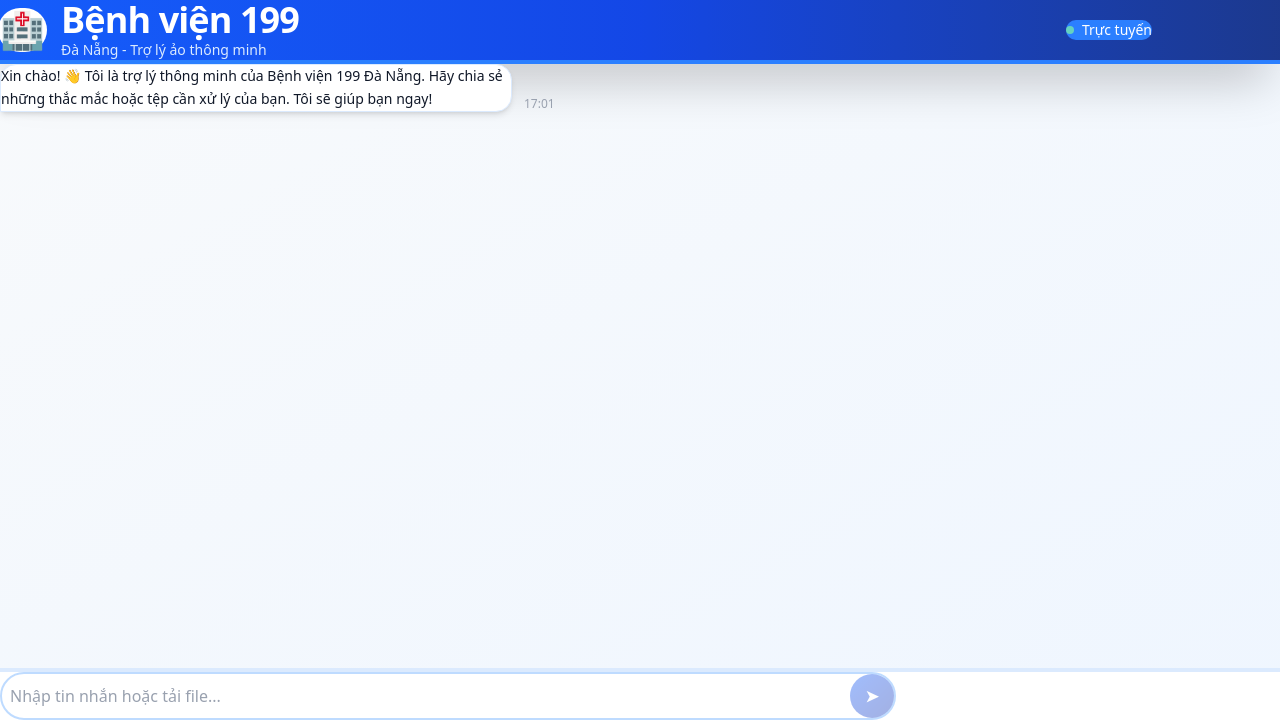
Repository: France2003/B-nh_Vi-n_199
Page: /
An editor plug-in stored every save of this project. The page is shown before and after the next save, followed by the edit.
The browser window is 1280 px wide. The pictures show the whole page.
The project was rebuilt for these pictures with package versions that can differ from the ones it lists, and the page was loaded fresh each time. Also part of the build but not shown: vite.config.ts, src/App.css, src/components/FilePreview.tsx.

Above is the page before, as saved 2026-01-10 00:11:13.

After the next save:
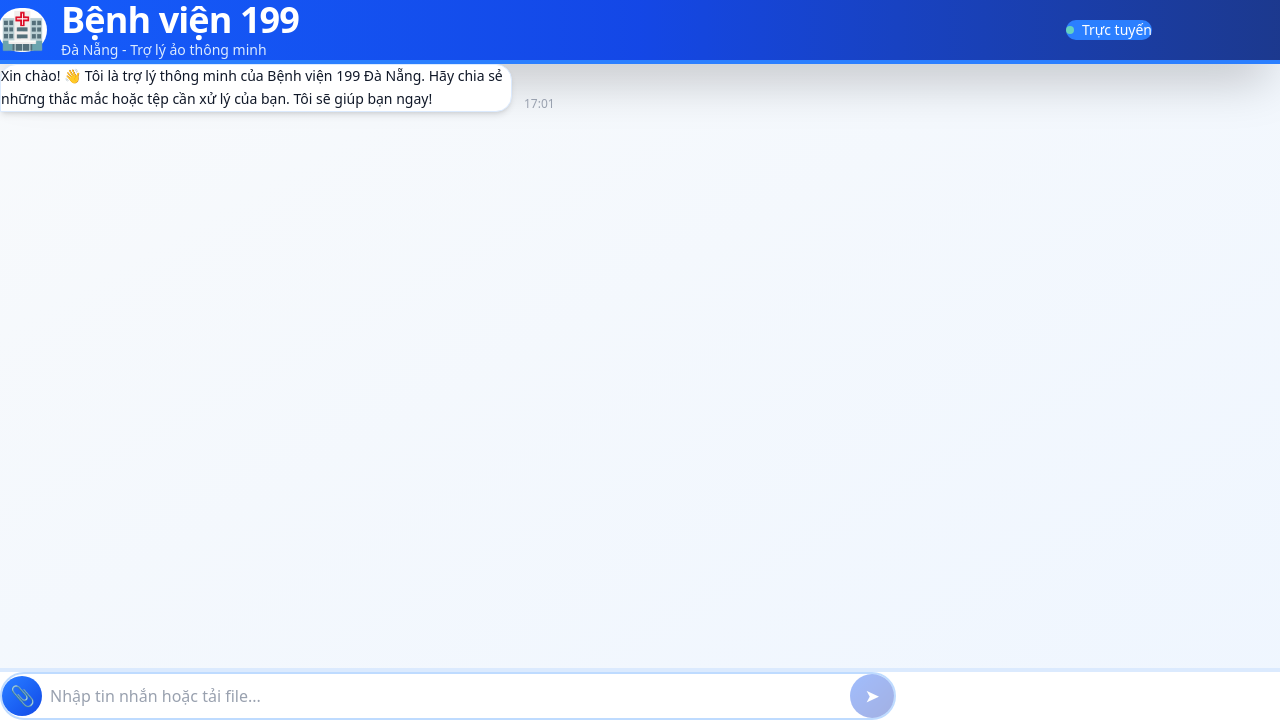
Saved 7 s later.
--- a/src/components/FileUploader.tsx
+++ b/src/components/FileUploader.tsx
@@ -64,15 +64,28 @@
 
   if (!showLabel) {
     return (
-      <input
-        ref={fileInputRef}
-        type="file"
-        multiple
-        onChange={handleChange}
-        accept="image/*,.pdf,.doc,.docx,.xls,.xlsx,.txt"
-        className="hidden"
-        id="file-upload-input"
-      />
+      <>
+        <input
+          ref={fileInputRef}
+          type="file"
+          multiple
+          onChange={handleChange}
+          accept="image/*,.pdf,.doc,.docx,.xls,.xlsx,.txt"
+          className="hidden"
+          id="file-upload-input"
+        />
+        <label
+          htmlFor="file-upload-input"
+          className="flex items-center justify-center w-10 h-10 rounded-full bg-gradient-to-br from-blue-500 to-blue-700 text-white cursor-pointer hover:shadow-lg hover:scale-110 transition-all active:scale-95 flex-shrink-0"
+          title="Tải file"
+          onDragEnter={handleDrag}
+          onDragLeave={handleDrag}
+          onDragOver={handleDrag}
+          onDrop={handleDrop}
+        >
+          <span className="text-xl">📎</span>
+        </label>
+      </>
     );
   }
 
